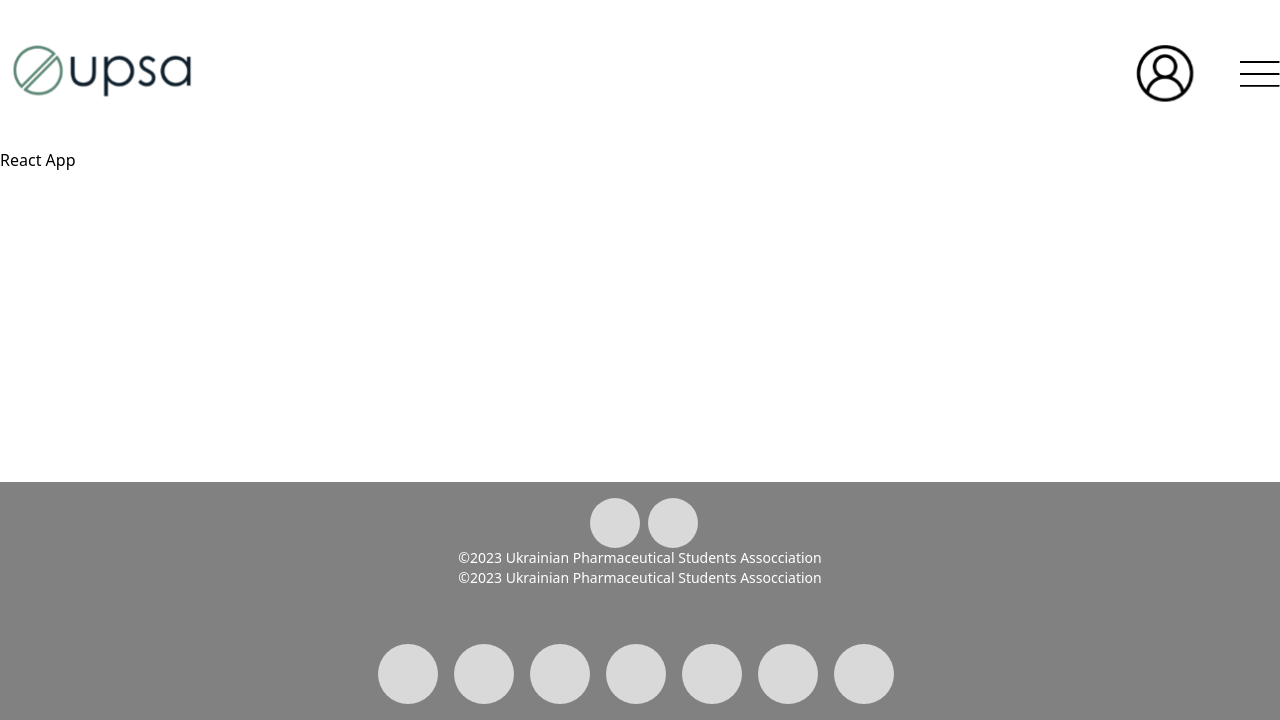
Repository: Alina-Khmilevska/UPSA-React
Page: /
The author's editor kept a copy of each file at every save. The page is drawn from the files as they stood at one save, then again after the next save.
The browser window is 1280 px wide. The pictures show the whole page.
The project was rebuilt for these pictures with package versions that can differ from the ones it lists, and the page was loaded fresh each time. Also part of the build but not shown: src/components/header/menu/burgermenu/Menu.css.

Above is the page before, as saved 2023-09-26 16:32:18.

### src/App.js
import './App.css';
import Footer from './components/footer/Footer';
import Header from './components/header/Header';

export default function App() {
  return (
    <div className="flex flex-col min-h-screen">
      <Header />
      <main className="flex-1">
        <h1>React App</h1>
      </main>
      <Footer className="mt-auto" />
    </div>
  )
}

### src/App.css
.App {
  text-align: center;
}
.upsa-bg-grey {
  background-color: #818181;
}
.upsa-bg-button {
  background-color: #4A4948;
}

### src/components/footer/Footer.jsx
import React from "react";
import LanguageIcons from "../shared/icons/LanguageIcons";
import SocialIcons from "../shared/icons/SocialIcons";

const Footer = () => {
    return (
        <footer className="upsa-bg-grey text-white py-4">
            <div className="flex-row justify-between">
                <div className="flex flex-col justify-center items-center">
                    <LanguageIcons />

                    <p className="text-center text-sm">
                        &copy;{new Date().getFullYear()} Ukrainian Pharmaceutical Students Assocciation
                    </p>
                </div>
                <div className="flex flex-col justify-center items-center">
                    <p className="text-center text-sm">
                        &copy;{new Date().getFullYear()} Ukrainian Pharmaceutical Students Assocciation
                    </p>
                    <SocialIcons />
                </div>
            </div>
        </footer>
    );
};

export default Footer;

### src/components/header/Header.jsx
import React, { useState } from "react";
import Logo from "./logo/Logo";
import BurgerIcon from "./menu/burgermenu/icons/BurgerIcon";
import Account from "./menu/account/Account";
import Menu from "./menu/burgermenu/Menu";


const Header = () => {
  const [isMenuOpen, setIsMenuOpen] = useState(false);

  const handleMenuToggle = () => {
    setIsMenuOpen(!isMenuOpen);
  };

  const handleCloseMenu = () => {
    setIsMenuOpen(false);
  };
  return (
    <header className="bg-white font-inter">
      <div className="container mx-auto flex items-center justify-between">
        <Logo />
        <div className="flex items-center justify-between">
          <Account />
          <BurgerIcon onClick={handleMenuToggle} />
          <Menu isOpen={isMenuOpen} onClose={handleCloseMenu} />
        </div>
      </div>
    </header>
  );
};

export default Header;

### src/components/shared/icons/LanguageIcons.jsx
import React from "react";
import Ellipse from "../../../assets/images/icons/tmp/ellipse.svg";

const LanguageIcons = () => {
    return (
        <div className="flex flex-row">
            <div className="px-2">
                <img src={Ellipse} alt="Ellipse" width={50} height={50} />
            </div>
            <img src={Ellipse} alt="Ellipse" width={50} height={50} />
        </div>
    );
};

export default LanguageIcons;

### src/components/shared/icons/SocialIcons.jsx
import React from "react";
import Ellipse from "../../../assets/images/icons/tmp/ellipse.svg";

const SocialIcons = () => {
    return (
        <div className="flex justify-start mt-14">
            <div className="pr-2">
                <img
                    src={Ellipse}
                    alt="Ellipse"
                    width={60}
                    height={60}
                />
            </div>
            <div className="px-2">
                <img
                    src={Ellipse}
                    alt="Ellipse"
                    width={60}
                    height={60}
                />
            </div>
            <div className="px-2">
                <img
                    src={Ellipse}
                    alt="Ellipse"
                    width={60}
                    height={60}
                />
            </div>
            <div className="px-2">
                <img
                    src={Ellipse}
                    alt="Ellipse"
                    width={60}
                    height={60}
                />
            </div>
            <div className="px-2">
                <img
                    src={Ellipse}
                    alt="Ellipse"
                    width={60}
                    height={60}
                />
            </div>
            <div className="px-2">
                <img
                    src={Ellipse}
                    alt="Ellipse"
                    width={60}
                    height={60}
                />
            </div>
            <div className="px-2">
                <img
                    src={Ellipse}
                    alt="Ellipse"
                    width={60}
                    height={60}
                />
            </div>

        </div>
    );
};

export default SocialIcons;

### src/components/header/logo/Logo.jsx
// Logo.jsx
import React from "react";
import ReactLogo from "../../../assets/images/icons/logo.svg";

const Logo = () => {
  return (
    <div className="text-2xl font-bold">

      <a href="/">
        <img src={ReactLogo}
          alt="Logo" width={210} height={150} />
      </a>
    </div>
  );
};

export default Logo;

### src/components/header/menu/burgermenu/icons/BurgerIcon.jsx
// BurgerIcon.jsx
import React from "react";
import Icon from "../../../../../assets/images/icons/burgerIcon.svg";

const BurgerIcon = ({ onClick }) => {
  return (
    <div className="cursor-pointer" onClick={onClick}>
      <img
        src={Icon}
        alt="Burger Icon"
        width={40}
        height={40}
      />
    </div>
  );
};

export default BurgerIcon;

### src/components/header/menu/account/Account.jsx
// Account.jsx
import React from "react";
import Icon from "../../../../assets/images/icons/account.svg";

const Account = ({ onClick }) => {
  return (
    <div className="mr-10">
    <a className="cursor-pointer" href="#">
      <img
        src={Icon}
        alt="Account Icon"
        width={70}
        height={56}
      />
    </a>
    </div>
  );
};

export default Account;

### src/components/header/menu/burgermenu/Menu.jsx
// Menu.jsx
import React from "react";
import CloseIcon from "./icons/CloseIcon";
import SocialIcons from "../../../shared/icons/SocialIcons";
import "./Menu.css";
import LanguageIcons from "../../../shared/icons/LanguageIcons";

const Menu = ({ isOpen, onClose }) => {
    const menuStyle = {
        width: isOpen ? "50%" : "0",
        right: isOpen ? "0" : "-50%",
    };

    return (
        <div
            className="upsa-bg-grey h-full text-white fixed top-0 right-0 transition-all duration-300 ease-in-out px-20"
            style={menuStyle}
        >
            <CloseIcon onClick={onClose} />
            <ul className="mt-32 mr-4 text-4xl font-light leading-loose">
                <li>Проекти</li>
                <li>Події</li>
                <li>Стати членом асоціації</li>
                <li>EPSA -Student Science ward</li>
                <li>Контакти</li>
                <li>Support Ukraine</li>
            </ul>

            <button className="upsa-bg-button rounded-md px-12 py-1 mt-10">
                <a href="#" className="font-light">
                    Увійти як член управління
                </a>
            </button>
            <SocialIcons />


            <div className="flex flex-row justify-between mt-14">
                <a href="mailto:upsa@gmail.com" className="font-light">
                    upsa@gmail.com
                </a>
                <LanguageIcons />
            </div>
        </div>
    );
};

export default Menu;

### src/components/header/menu/burgermenu/icons/CloseIcon.jsx
import React from "react";
import Icon from "../../../../../assets/images/icons/close.svg";

const CloseIcon = ({ onClick }) => {
  return (
    <button className="absolute top-10 right-10" onClick={onClick}>
      <img
        src={Icon}
        alt="Close Icon"
        width={50}
        height={50}
      />
    </button>
  );
};

export default CloseIcon;

Loaded but not shown: public/index.html (common file); src/index.js (common file); src/index.css (common file); src/reportWebVitals.js (common file); tailwind.config.js (common file)

After the next save:
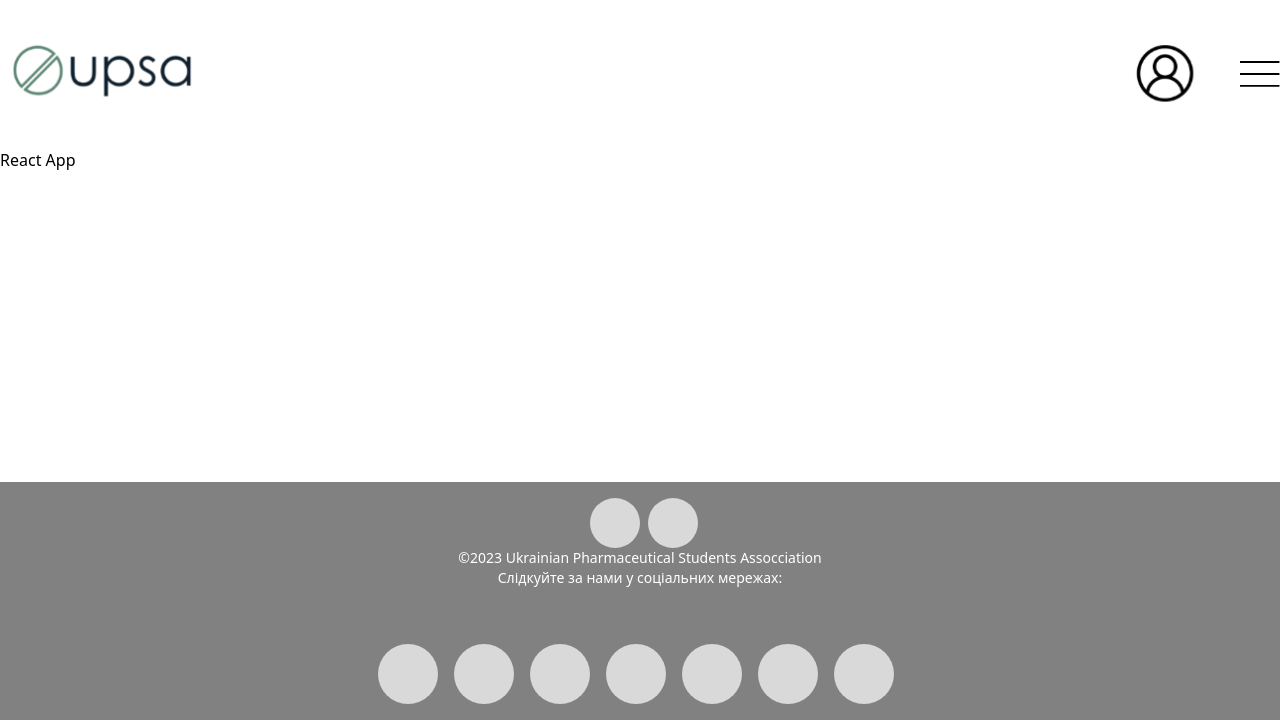
Saved 24 s later.
--- a/src/components/footer/Footer.jsx
+++ b/src/components/footer/Footer.jsx
@@ -15,7 +15,7 @@
                 </div>
                 <div className="flex flex-col justify-center items-center">
                     <p className="text-center text-sm">
-                        &copy;{new Date().getFullYear()} Ukrainian Pharmaceutical Students Assocciation
+                    Слідкуйте за нами у соціальних мережах:
                     </p>
                     <SocialIcons />
                 </div>
